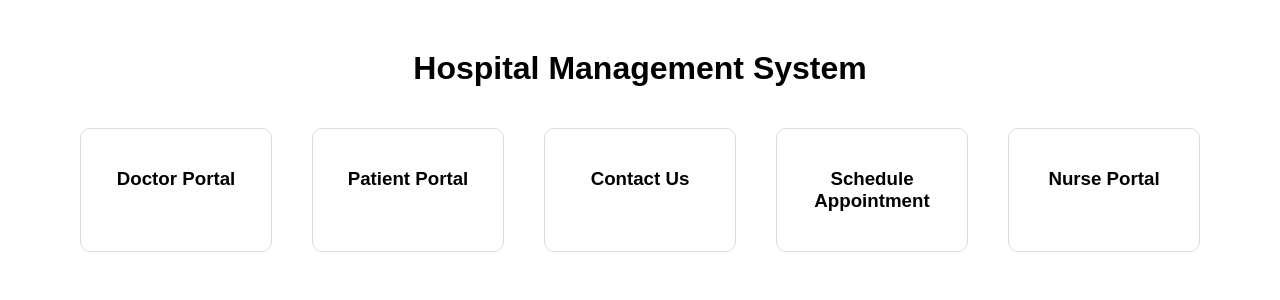
Repository: jaytriggz/Hospital-Management-System
Page: index.html
The author's editor kept a copy of each file at every save. The page is drawn from the files as they stood at one save, then again after the next save.
The browser window is 1280 px wide. The pictures show the whole page.

Above is the page before, as saved 2024-07-04 15:38:48.

After the next save:
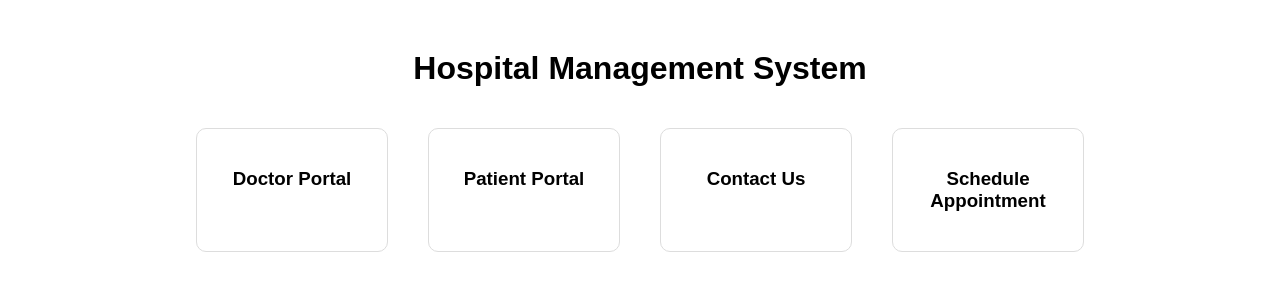
Saved 77 s later.
--- a/index.html
+++ b/index.html
@@ -45,9 +45,7 @@
             </div>
             <div class="icon" onclick="location.href='schedule_appointment.html'">
                 <h3>Schedule Appointment</h3>
-            </div>
-            <div class="icon" onclick="location.href='nurse_portal.html'">
-                <h3>Nurse Portal</h3>
+
             </div>
         </div>
     </div>
